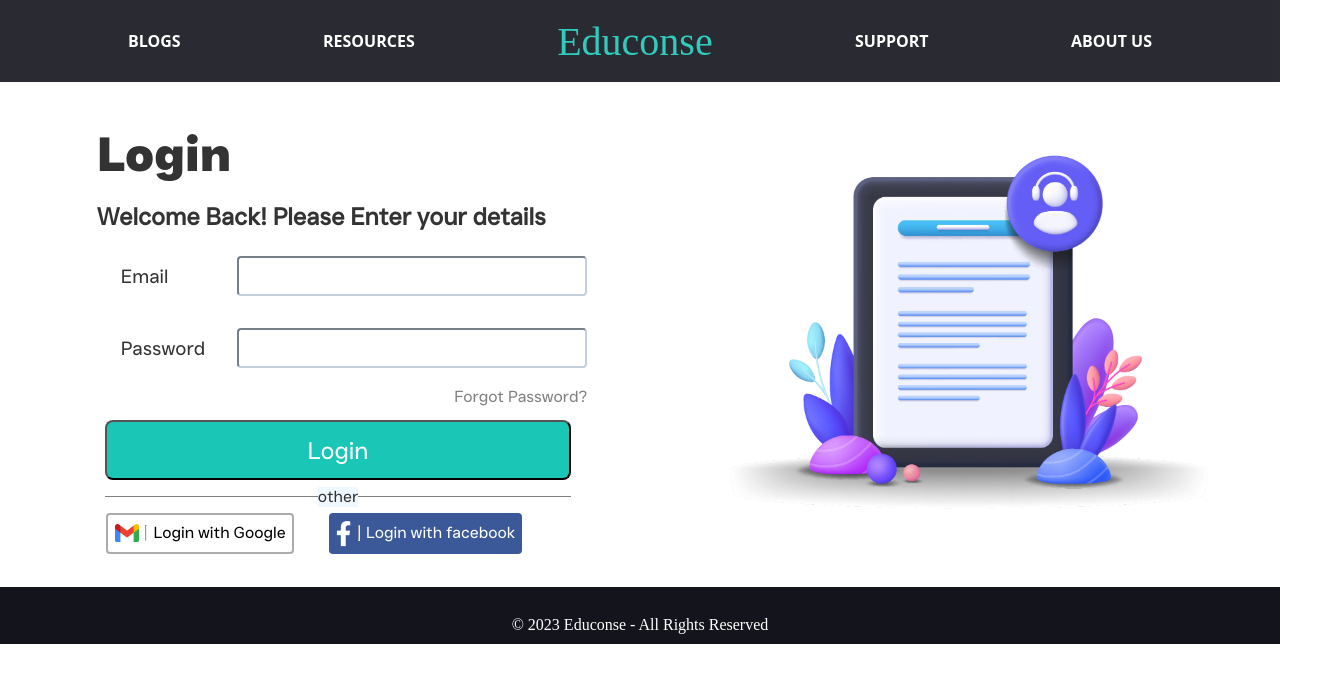
Repository: devajay07/educonse
Page: pages/login.html
The author's editor kept a copy of each file at every save. The page is drawn from the files as they stood at one save, then again after a run of saves.
The browser window is 1280 px wide. The page is 1319 px wide, so the pictures cover 1319 px, including what lies to the right of the window. The pictures show the whole page.

Above is the page before, as saved 2023-10-15 03:38:16.

### pages/login.html
<!DOCTYPE html>
<html lang="en">

<head>
  <meta charset="UTF-8" />
  <meta name="viewport" content="width=device-width, initial-scale=1.0" />
  <title>Document</title>

  <script src="https://code.jquery.com/jquery-3.7.0.js"></script>
  <link rel="stylesheet" href="/css/header.css" />
  <link rel="stylesheet" href="/css/login.css" />
</head>

<body>
  <header id="header"></header>
  <main>
    <div class="login-panel">
      <div class="left-section">
        <div class="top">
          <h1 class="heading">Login</h1>
          <h2 class="sub-heading">Welcome Back! Please Enter your details</h2>
        </div>
        <div class="input-form" id="input-form">
          <div class="email">
            <label for="email-input">Email</label>
            <input type="email" name="email-input" id="email-input" />
          </div>
          <div class="password">
            <label for="password-input">Password</label>
            <input type="password" id="password-input">
          </div>
          <div class="forgot">
            <a href="#">Forgot Password?</a>
          </div>
          <div class="submit">
            <input type="button" value="Login" id="submit">

          </div>
        </div>
        <div class="other">
          <div class="line"></div>
          <p > other </p>
        </div>
        <div class="other-methods">
          <div class="gmail">
            <img src="/images/Gmail_icon_(2020).svg.png" alt="gmail logo" width="24px " height="24px">
            <hr>
            <p>Login with Google</p>
          </div>
          <div class="facebook">
            <i class="fa-brands fa-facebook-f"></i>
            <hr>
            <p>Login with facebook</p>
          </div>
          <div class="signup">
            <p></p>
            <a href="#"></a>
          </div>
        </div>
      </div>
      <div class="right-section">

        <img src="/images/login1.png" alt="Login Image" id="login-img">
      </div>
    </div>
  </main>
  <footer>
    <div class="footer-2">&copy; 2023 Educonse - All Rights Reserved</div>
  </footer>
  <script>
    $(document).ready(function () {
      $("#header").load("/pages/header.html");
    });
  </script>
</body>

</html>

### css/header.css
@import url("https://cdnjs.cloudflare.com/ajax/libs/font-awesome/6.4.2/css/all.min.css");
* {
  padding: 0;
  margin: 0;
  box-sizing: border-box;
}
@font-face {
  font-family: "brand-bold";
  src: url("/fonts/brand-bold.otf") format("opentype");
  font-weight: normal;
  font-style: normal;
}
@font-face {
  font-family: "brand-reg";
  src: url("/fonts/brand-regular.otf") format("opentype");
  font-weight: normal;
  font-style: normal;
}

:root {
  --brand-color: hsla(291, 60%, 34%, 1);
  --hookers-green: hsla(174, 17%, 46%, 1);
  --white: hsla(0, 0%, 100%, 1);
  --poppy: hsla(356, 74%, 52%, 1);
  --black: hsla(60, 1%, 14%, 1);
  --beige: #f5f5dc;

  --brand-bold: "brand-bold", sans-serif;
  --brand-reg: "brand-reg", sans-serif;
  --universal-margin: 1rem 8rem;
  --section-margin: 1rem;
  --footer-bg: rgb(20, 21, 28);
}

body {
  background-color: white;
  color: #333; /* A light version of black */
}

.nav-container {
  display: flex;
  align-items: center;
  justify-content: space-between;
  width: 100%;
  margin: var(--universal-margin);
  height: 50px;
}
.nav-container .nav-item {
  font-family: system-ui, -apple-system, BlinkMacSystemFont, "Segoe UI", Roboto,
    Oxygen, Ubuntu, Cantarell, "Open Sans", "Helvetica Neue", sans-serif;
  color: var(--white);
  font-weight: bolder;
}

nav {
  display: flex;
  justify-content: space-between;
  align-items: center;
  background-color: var(--footer-bg);
  opacity: 0.9;
  color: white;
}

nav .brand {
  font-size: 40px;
  color: var(--brand-color);
  font-family: var(--brand-font);
}

nav a {
  text-decoration: none;
  color: white;
}

footer {
  display: flex;
  flex-direction: column;
}
.footer-1 {
  display: flex;
  justify-content: space-evenly;
}
.footer-1 .customer-service > div {
  padding: 0.2rem;
}
.footer-1 h1 {
  font-size: 1.2rem;
  font-family: var(--brand-font);
  margin-bottom: 0.5rem;
}
.footer-1 p {
  font-size: 0.8rem;
  opacity: 0.6;
  color: #f0e8e8;
  padding: 0.3rem;
  font-family: var(--brand-reg);
}
.footer-1 .heading{
  padding-bottom: 1rem;
  font-family: var(--brand-bold);
}


.footer-1 span {
  font-size: 0.8rem;
  margin: 0.4rem;
}

.footer-1 a {
  color: #f0f0ea;
  text-decoration: none;
}
.footer-1 .reach-us {
  display: flex;
  align-items: center;
  flex-direction: column;
}

.reach-us iframe{
  border-radius: 8px;
}

.footer-2{
  padding-top: 1.2rem;
}

.text {
  color: white;
  font-size: 20px;
  position: absolute;
  top: 50%;
  left: 50%;
  transform: translate(-50%, -50%);
  -ms-transform: translate(-50%, -50%);
  white-space: nowrap;
}

@charset "UTF-8";

.svg-inline--fa {
  vertical-align: -0.2em;
}

.rounded-social-buttons {
  text-align: center;
}

.rounded-social-buttons .social-button {
  display: inline-block;
  position: relative;
  cursor: pointer;
  width: 3.125rem;
  height: 3.125rem;
  border: 0.125rem solid transparent;
  padding: 0;
  text-decoration: none;
  text-align: center;
  color: #fefefe;
  font-size: 1.5625rem;
  font-weight: normal;
  line-height: 2em;
  border-radius: 1.6875rem;
  transition: all 0.5s ease;
  margin-right: 0.25rem;
  margin-bottom: 0.25rem;
}

.rounded-social-buttons .social-button:hover,
.rounded-social-buttons .social-button:focus {
  -webkit-transform: rotate(360deg);
  -ms-transform: rotate(360deg);
  transform: rotate(360deg);
}

.rounded-social-buttons .fa-twitter,
.fa-facebook-f,
.fa-linkedin,
.fa-youtube,
.fa-instagram {
  font-size: 25px;
}

.rounded-social-buttons .social-button.facebook {
  background: #3b5998;
}

.rounded-social-buttons .social-button.facebook:hover,
.rounded-social-buttons .social-button.facebook:focus {
  color: #3b5998;
  background: #fefefe;
  border-color: #3b5998;
}

.rounded-social-buttons .social-button.twitter {
  background: #55acee;
}

.rounded-social-buttons .social-button.twitter:hover,
.rounded-social-buttons .social-button.twitter:focus {
  color: #55acee;
  background: #fefefe;
  border-color: #55acee;
}

.rounded-social-buttons .social-button.linkedin {
  background: #007bb5;
}

.rounded-social-buttons .social-button.linkedin:hover,
.rounded-social-buttons .social-button.linkedin:focus {
  color: #007bb5;
  background: #fefefe;
  border-color: #007bb5;
}

.rounded-social-buttons .social-button.youtube {
  background: #bb0000;
}

.rounded-social-buttons .social-button.youtube:hover,
.rounded-social-buttons .social-button.youtube:focus {
  color: #bb0000;
  background: #fefefe;
  border-color: #bb0000;
}

.rounded-social-buttons .social-button.instagram {
  background: #125688;
}

.rounded-social-buttons .social-button.instagram:hover,
.rounded-social-buttons .social-button.instagram:focus {
  color: #125688;
  background: #fefefe;
  border-color: #125688;
}

footer {
  background-color: var(--footer-bg);
  color: white;
  text-align: center;
  padding: 10px 0;
}

### css/login.css
@import url("/css/global.css");

main .login-panel {
  display: flex;
  justify-content: center;
  background-color: var(--white);
  font-family: var(--brand-reg);
}

.left-section {
  width: 800px;
  display: flex;
  flex-direction: column;
  justify-content: center;
  font-family: var(--brand-reg);
  padding: 2rem;
  padding-left: 8rem;
}

.input-form {
  display: flex;
  flex-direction: column;
  font-family: var(--brand-reg);
  padding-left: 2rem;

}

.input>div {
  font-size: 1.3rem;
  margin: 0.5rem;
}

label {
  padding-right: 1rem;
  font-size: 1.2rem;
}

input[type=password],
input[type=email] {
  float: right;
  font-family: var(--brand-reg);
  width: 350px;
  height: 40px;
  border-radius: 4px;
  margin: 1rem;
  border-color: rgb(195, 208, 219);
  margin-right: 0;
  text-align: center;
}

input[type=password]:focus,
input[type=email]:focus {
  background-color: rgb(102, 159, 209);
  color:white;
}

input[type=password] {
  font-size: xx-large;
}

#submit {
  height: 60px;
  width:100%;
  background-color: var(--brand-color);
  color: var(--white);
  font-family: var(--brand-reg);
  font-size: 1.5rem;
  border-radius: 8px;
  transform: translateX(-16px);

}

.submit{
  display: flex;
  justify-content: center;
}

.heading {
  font-family: var(--brand-bold);
  font-size: 3rem;
  padding: 0.5rem;
}

.sub-heading {
  font-family: var(--brand-reg);
  font-size: 1.5rem;
  padding: 0.5rem;

}

.email,
.password {
  width: 100%;
  display: flex;
  justify-content: space-between;
  align-items: center;
}

.forgot a {
  text-decoration: none;
  color: grey;
  float: right;
  margin: 0.2rem 0 0.8rem;
}

.other {
  display: flex;
  justify-content: center;
  align-items: center;
}

.line {
  height: 1px;
  width: 100%;
  background-color: gray;
  margin: 1rem;
}

.other p {
  position: absolute;
  background-color: aliceblue;
  z-index: 1;
}

.other-methods {
  display: flex;
  justify-content: space-around;
}

.other-methods>div {
  display: flex;
  justify-content: space-around;
  align-items: center;
  color: white;
  padding: 0.4rem;
  border-radius: 4px;
}

.gmail {
  background-color: var(--white);
  border:solid 2px rgb(173, 171, 171);
}

.gmail img {
  object-fit: contain;
}

.gmail p {
  color: black;
}

.facebook {
  background-color: #3b5998;

}

.other-methods hr {
  margin: 0 0.4rem;
  height: 16px;
}

#login-img {
  width: 700px;
  height: 500px;
  object-fit: contain;
}

### css/global.css
@import url("https://cdnjs.cloudflare.com/ajax/libs/font-awesome/6.4.2/css/all.min.css");
* {
  padding: 0;
  margin: 0;
  box-sizing: border-box;
}
@font-face {
  font-family: "brand-bold";
  src: url("/fonts/brand-bold.otf") format("opentype");
  font-weight: normal;
  font-style: normal;
}
@font-face {
  font-family: "brand-reg";
  src: url("/fonts/brand-regular.otf") format("opentype");
  font-weight: normal;
  font-style: normal;
}

:root {
  --brand-color: rgb(26, 198, 181);
  --hookers-green: hsla(174, 17%, 46%, 1);
  --white: hsla(0, 0%, 100%, 1);
  --poppy: hsla(356, 74%, 52%, 1);
  --black: hsla(60, 1%, 14%, 1);
  --beige: #f5f5dc;

  --brand-bold: "brand-bold", sans-serif;
  --brand-reg: "brand-reg", sans-serif;
  --universal-margin: 1rem 8rem;
  --section-margin: 1rem;
  --footer-bg: rgb(20, 21, 28);
}

### pages/header.html
<nav>
  <div class="nav-container">
    <div class="nav-item">BLOGS</div>
    <div class="nav-item">RESOURCES</div>
    <div class="brand">Educonse</div>
    <div class="nav-item">SUPPORT</div>
    <div class="nav-item">ABOUT US</div>
  </div>
</nav>

After the next 3 saves:
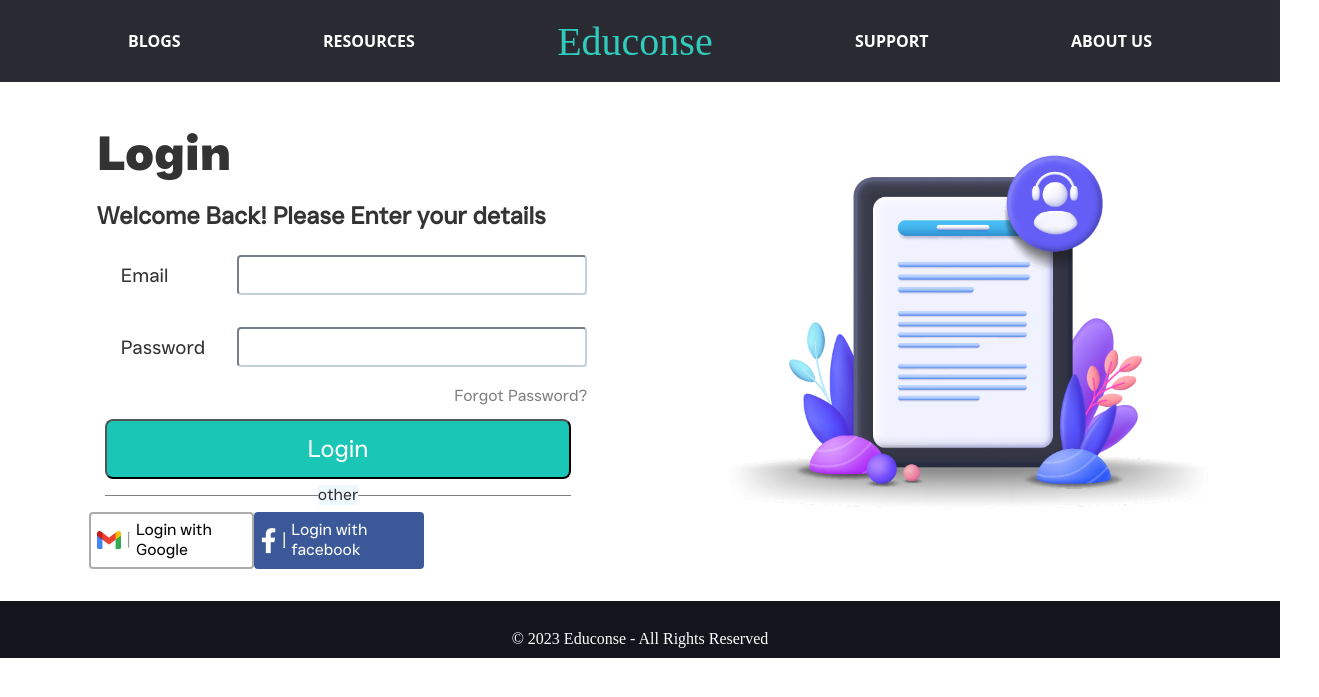
The 3 saves are shown as one change because they came seconds apart.
The last was saved 11 s later.
--- a/pages/login.html
+++ b/pages/login.html
@@ -53,7 +53,7 @@
             <p>Login with facebook</p>
           </div>
           <div class="signup">
-            <p></p>
+            <p>Don't have an account?</p>
             <a href="#"></a>
           </div>
         </div>
